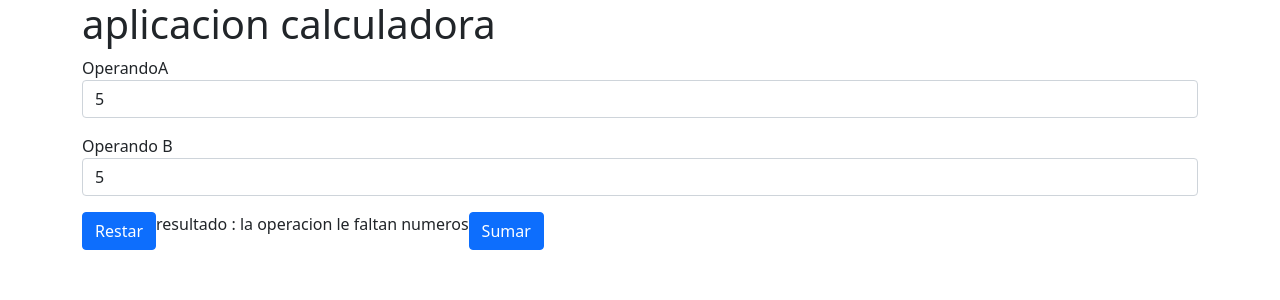
Repository: iwinser117/dw
Page: javascript udemy 43/ejercices/calculadora/index.html
An editor plug-in stored every save of this project. The page is shown before and after the next save, followed by the edit.
The browser window is 1280 px wide. The pictures show the whole page.
Empty fields were first filled with sample values (such as "Sample", 5 or name@example.com).
After loading, the first visible `button.btn` was clicked once.

Above is the page before, as saved 2022-10-02 12:04:10.

After the next save:
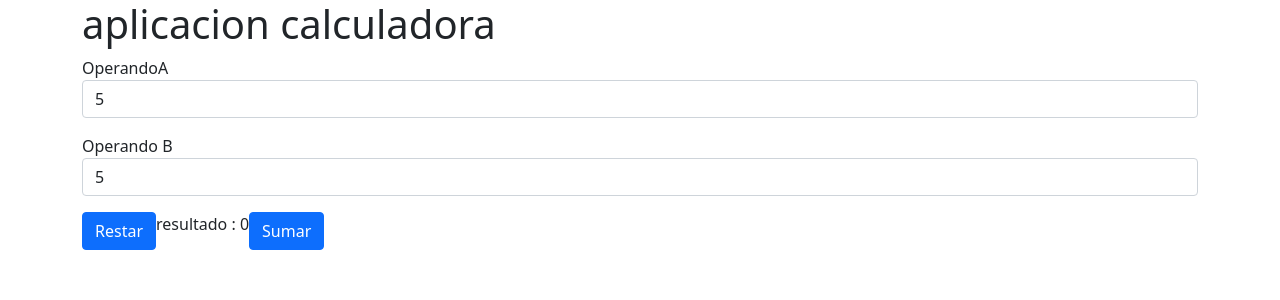
Saved 8 s later.
--- a/javascript udemy 43/ejercices/calculadora/js/app.js
+++ b/javascript udemy 43/ejercices/calculadora/js/app.js
@@ -17,7 +17,7 @@ function restar(){
     let operandoA = forma[`operandoA`];
     let operandoB = forma[`operandoB`];
     let resultadoResta = parseInt(operandoA.value) - parseInt(operandoB.value);
-    if (isNaN(resultado))
+    if (isNaN(resultadoResta))
         resultadoResta = `la operacion le faltan numeros`;
     document.getElementById(`resultadoResta`).innerHTML = `resultado : ${resultadoResta}`;
     console.log(`resultado : ${resultadoResta}`);
